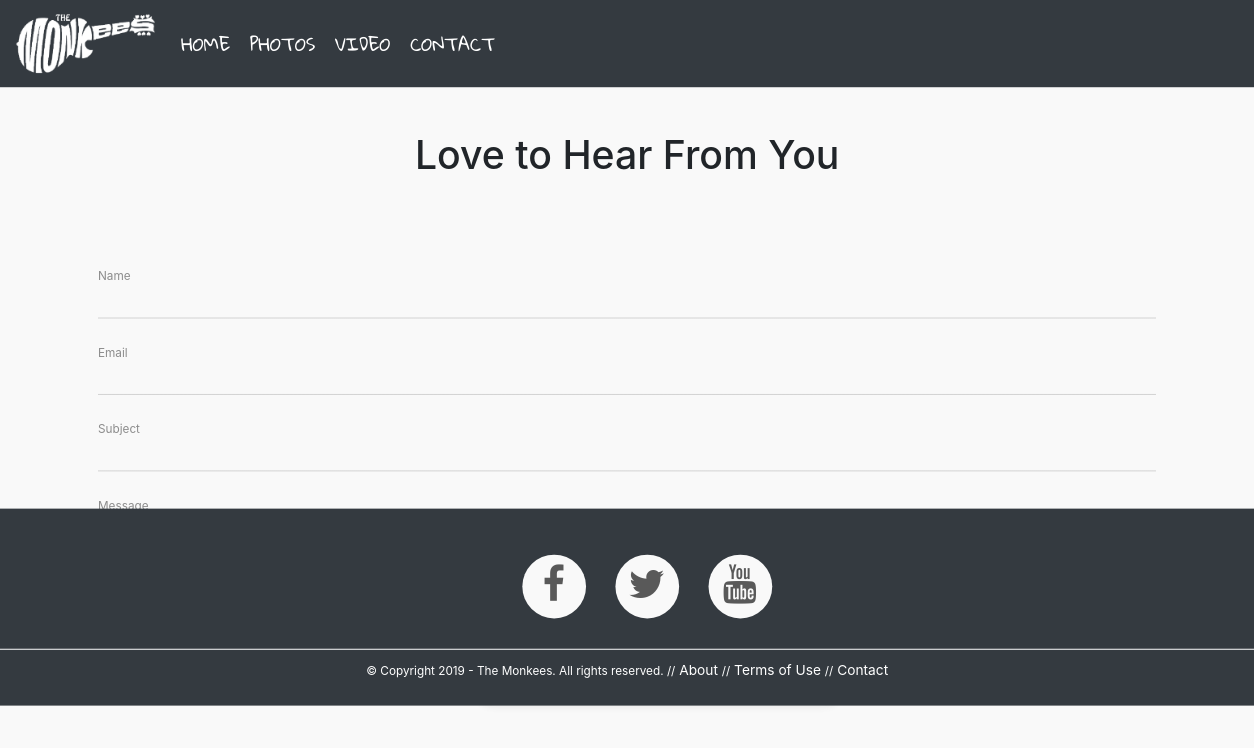
Repository: Code-Institute-Submissions/the_monkees-3
Page: contact.html
The author's editor kept a record of every edit. The page is drawn from the files as they stood at one moment, then again after the next edit.
The browser window is 1280 px wide. The pictures show the whole page, at 98% of full size.
Some web libraries are served in a nearby version.

Above is the page before.

After the next edit:
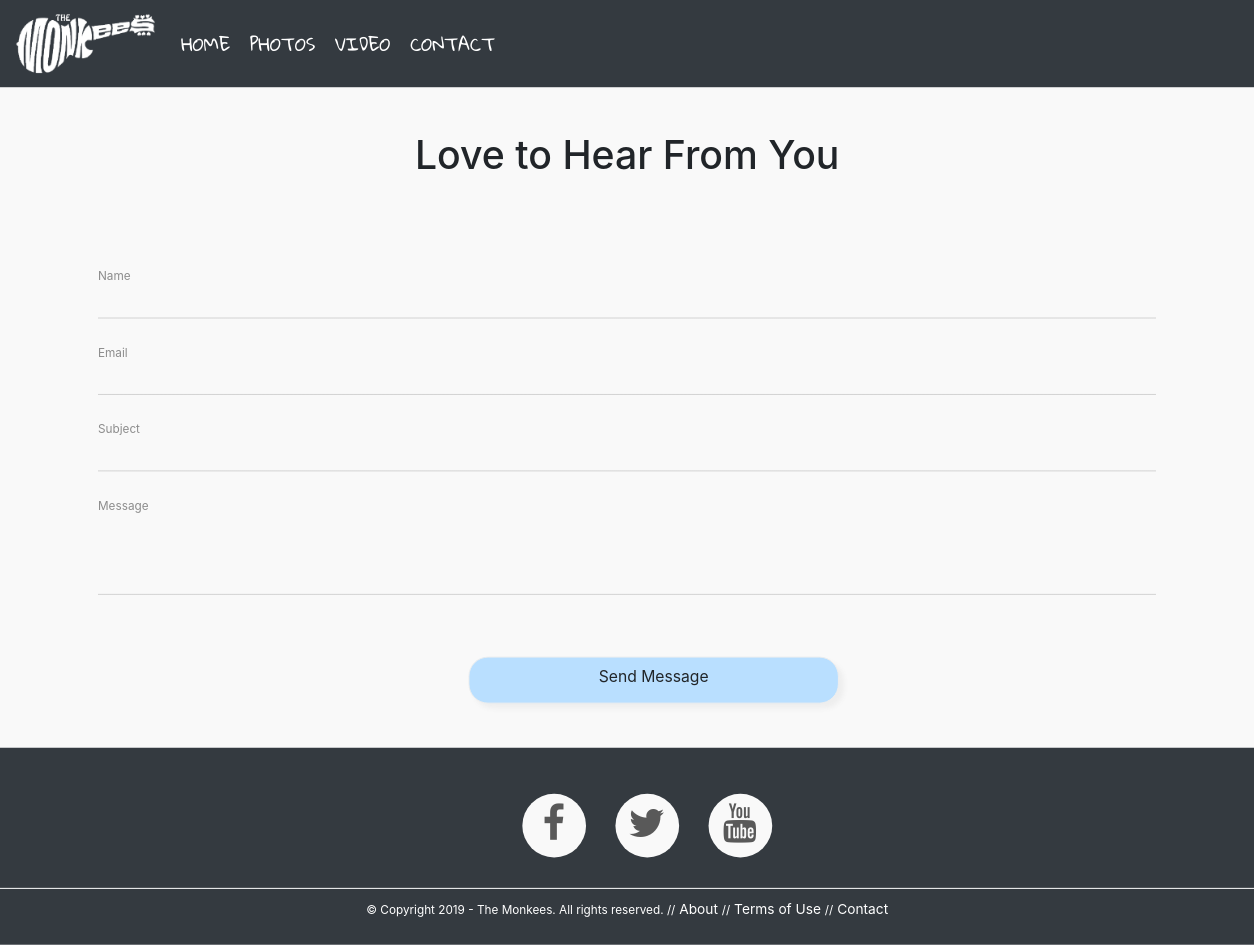
The edit:
--- a/assets/css/style.css
+++ b/assets/css/style.css
@@ -206,14 +206,6 @@
     -o-background-size: cover;
 
 }
-
-#footer {
-    position: absolute;
-    bottom: 0;
-    width: 100%;
-    margin: 0 auto;
-}
-
 
 .image-box {
   position: relative;
